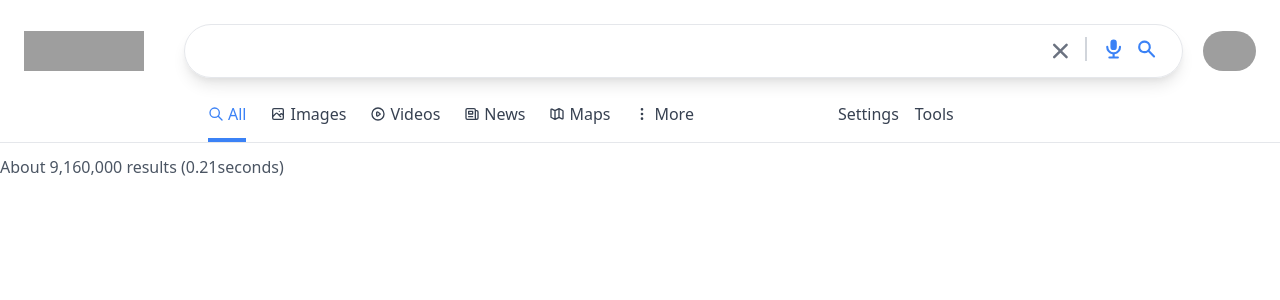
Repository: DecentraMindsCoin/google-search-clone
Page: /search
These files come from the project's save history. The page is drawn as it stood at one moment and after the next save; the edit follows.
The browser window is 1280 px wide. The pictures show the whole page.
Pictures or frames that could not be fetched are drawn as grey boxes. The project was rebuilt for these pictures with package versions that can differ from the ones it lists, and the page was loaded fresh each time. The framework's server and built-in components were replaced by stand-ins that run in the browser. Also part of the build but not shown: next.config.js, Response.js.

Above is the page before, as saved 2021-05-17 17:32:41.

After the next save:
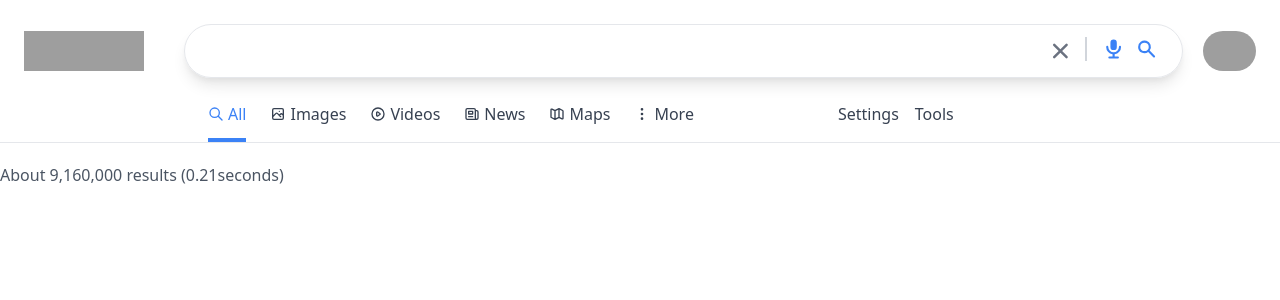
Saved 60 s later.
--- a/components/SearchResults.js
+++ b/components/SearchResults.js
@@ -1,7 +1,7 @@
 function SearchResults({ results}) {
     return (
         <div>
-            <p className="text-gray-600 text-md mb-5 mt-3">About {results.searchInformation?.formattedTotalResults} results ({results.searchInformation?.formattedSearchTime}seconds) </p>
+            <p className="text-gray-600 text-md mb-5 mt-5">About {results.searchInformation?.formattedTotalResults} results ({results.searchInformation?.formattedSearchTime}seconds) </p>
         </div>
     )
 }
